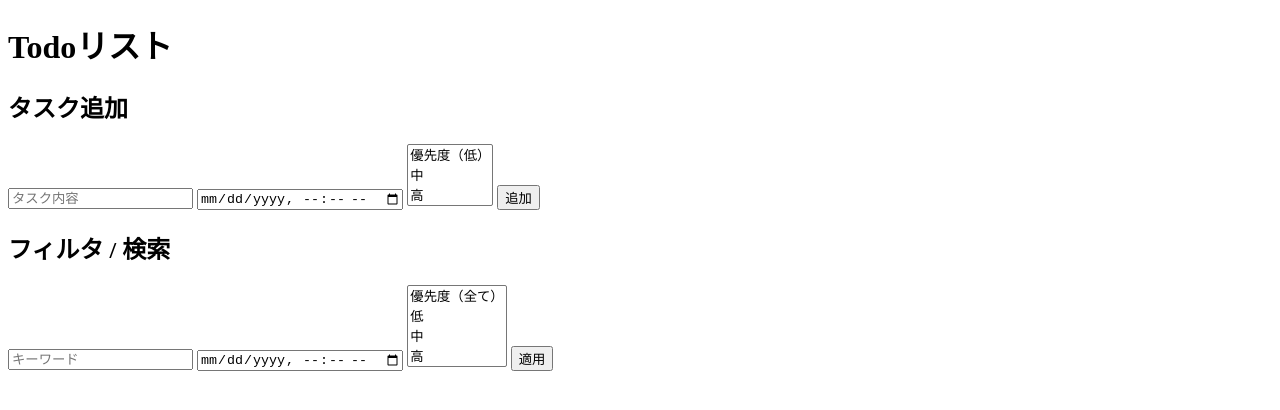
Repository: 1117wata/todo_enhanced
Page: http://localhost/
These files come from the project's save history. The page is drawn as it stood at one moment and after the next save; the edit follows.
The browser window is 1280 px wide. The pictures show the whole page.
The page is run by PHP 8.4 with error messages shown; the project is at /var/www/html/.

Above is the page before, as saved 2025-06-19 10:33:48.

After the next save:
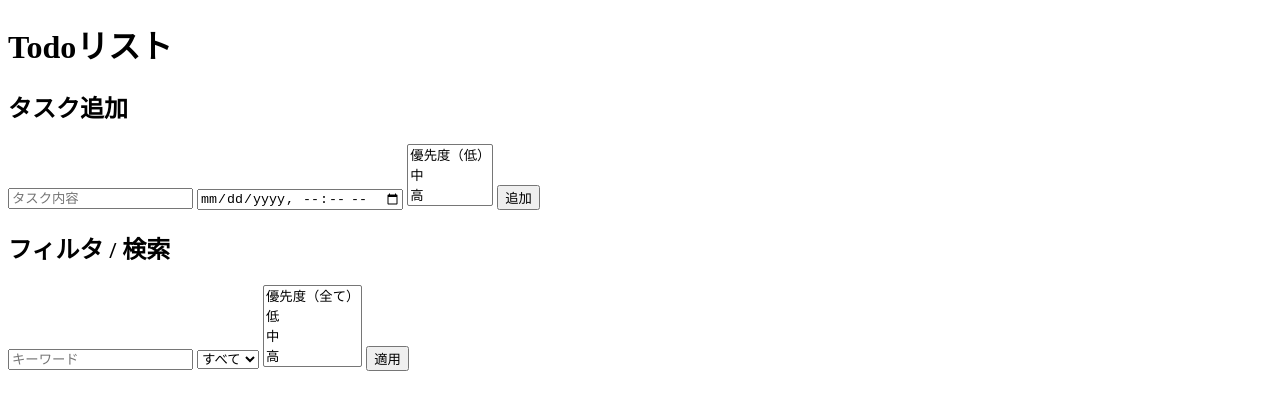
Saved 2 min 48 s later.
--- a/index.php
+++ b/index.php
@@ -21,7 +21,9 @@
      <article>
         <h2>フィルタ / 検索</h2> <!-- フィルタ/検索 -->
             <input type="text" name="task" placeholder="キーワード">
-            <input type="datetime-local" name="duedate">
+            <select name="datetime">
+                <option value="alltime">すべて</option>
+            </select>
             <select name="priority" size="4">
                 <option value="all">優先度（全て）</option>
                 <option value="low">低</option>
